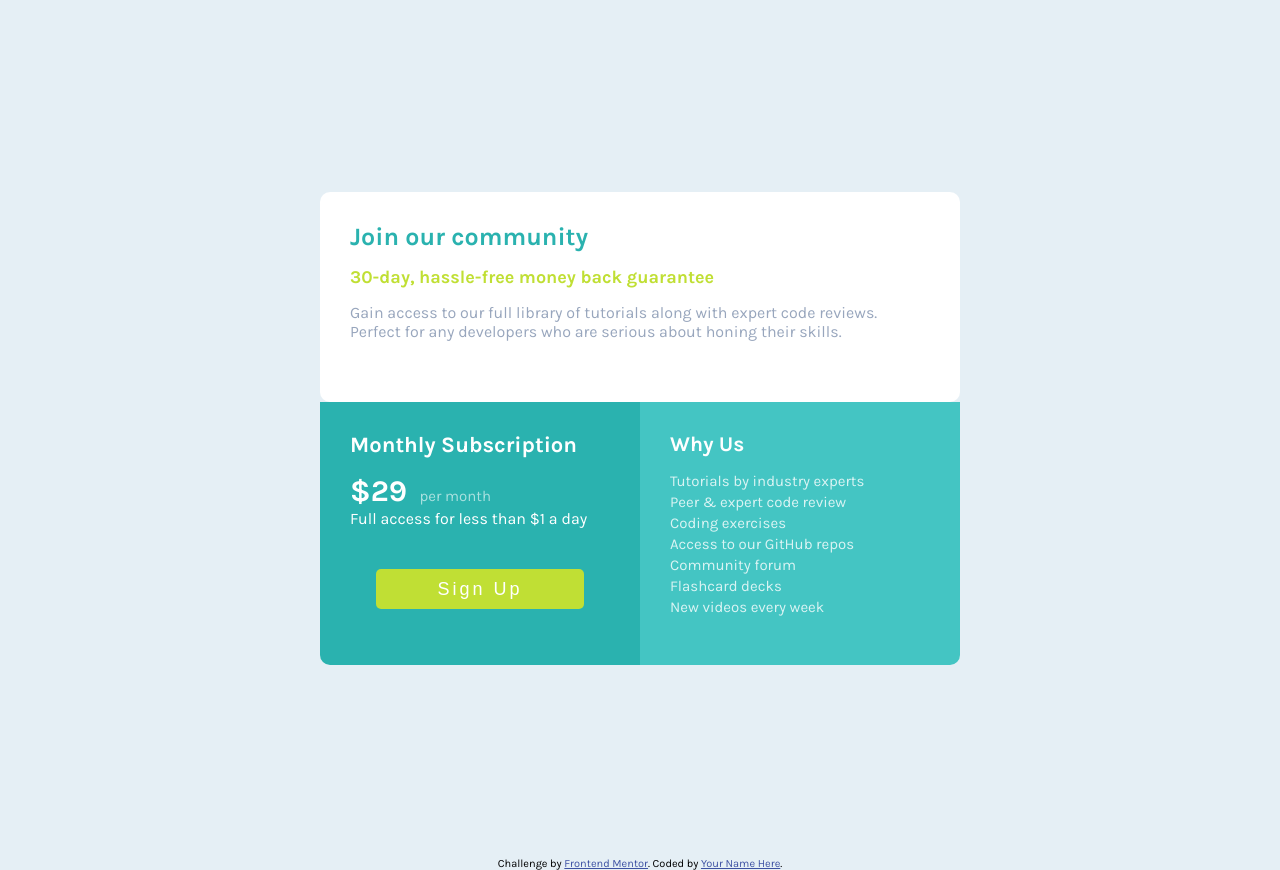
Repository: Pedrohamoura-Git/Frontend-Mentor-Challenges
Page: Newbie/single-price-grid-component-master/index.html
These files come from the project's save history. The page is drawn as it stood at one moment and after the next save; the edit follows.
The browser window is 1280 px wide. The pictures show the whole page.

Above is the page before, as saved 2021-05-31 16:00:49.

### Newbie/single-price-grid-component-master/index.html
<!DOCTYPE html>
<html lang="en">
<head>
  <meta charset="UTF-8">
  <meta name="viewport" content="width=device-width, initial-scale=1.0"> <!-- displays site properly based on user's device -->

  <link rel="stylesheet" href="css/style.css">
  <title>Frontend Mentor | Single Price Grid Component</title>

  <!-- Feel free to remove these styles or customise in your own stylesheet 👍 -->
  <style>
    .attribution { font-size: 11px; text-align: center; }
    .attribution a { color: hsl(228, 45%, 44%); }
  </style>
</head>
<body>
  <div id="wrapper">
    <header id="card1">
      <h1>Join our community</h1>
      <h2>30-day, hassle-free money back guarantee</h2>
      <p>Gain access to our full library of tutorials along with expert code reviews. Perfect for any developers who are serious about honing their skills.</p>
    </header>

    <div id="columns">
      <div id="card2">
        <h2>Monthly Subscription</h2>
        <h3 class="price">&dollar;29</h3>
        <span>per month</span>
        <p>Full access for less than &dollar;1 a day</p>

        <form action="#">
          <input type="submit" value="Sign Up" name="Sign Up" id="signup">
          </input>
        </form>
      </div>

      <div id="card3">
        <h2>Why Us</h2>
        <p>Tutorials by industry experts<br>
          Peer &amp; expert code review<br>
          Coding exercises<br>
          Access to our GitHub repos<br>
          Community forum<br>
          Flashcard decks<br>
          New videos every week</p>
      </div>
    </div>

  </div>








  <footer>
    <p class="attribution">
      Challenge by <a href="https://www.frontendmentor.io?ref=challenge" target="_blank">Frontend Mentor</a>.
      Coded by <a href="#">Your Name Here</a>.
    </p>
  </footer>
</body>
</html>

### Newbie/single-price-grid-component-master/css/style.css
/*
** Core Formatting
*/
    @import url('https://fonts.googleapis.com/css2?family=Karla:wght@400;700&display=swap');

    * {
        padding: 0;
        margin: 0;
        box-sizing: border-box;
    }

    html {
        font-size: 62.5%;
    }

    body {
        background-color: hsl(204, 43%, 93%);
        font-family: Karla;
    }


/*
** Mobile - Wrapper
*/
    #wrapper {
        border-radius: 1rem;
        box-shadow: 10px 10px 21px rgba(0, 0, 0, .);
        display: grid;
        grid-template-rows: repeat(auto-fit, minmax(200px, 1fr));
        margin: 15% auto;
        width: 90%;

        /* border: 1px solid red; */
    }

    #card1, #card2, #card3 {
        padding: 1.5rem;
        min-height: 210px;
    }

    /*
    ** Card 1
    */
        #card1 {
            background-color: white;
            border-radius: 1rem;
        }

        #card1 h1 {
            color: hsl(179, 62%, 43%);
            font-size: 2.5rem;
            margin-bottom: 1.5rem;
        }

        #card1 h2 {
            color: hsl(71, 73%, 54%);
            font-size: 1.8rem;
            margin-bottom: 1.5rem;
        }

        #card1 p {
            margin-bottom: 1.5rem;
            color: hsl(218, 22%, 67%);
            font-size: 1.6rem;
            margin-bottom: 1.5rem;
        }



    /*
    ** Card 2
    */
        #card2 {
            color: white;
            background-color: hsl(179, 62%, 43%);
        }

        #card2 h2 {
            font-size: 2.2rem;
            margin-bottom: 1.5rem;
        }

        #card2 h3.price {
            display: inline;
            font-size: 3rem;
            font-weight: 700;
            margin-bottom: 1.5rem;
        }

        #card2 span {
            font-size: 1.5rem;
            margin-left: 1rem;
            margin-bottom: 1rem;
            opacity: 60%;
        }

        #card2 p {
            font-size: 1.6rem;
            margin-bottom: 1.5rem;
        }

        #card2 form input {
            background-color: hsl(71, 73%, 54%);
            border: none;
            border-radius: .5rem;
            color: white;
            font-size: 1.8rem;
            letter-spacing: .3rem;
            margin: 10%;
            width: 80%;
            height: 4rem;

        }

        #card2 input:hover, input:active {
            background-color: hsl(71, 93%, 62%);
            color: hsl(179, 62%, 43%);
        }





        #card3 {
            background-color: hsl(179, 53%, 52%);
            border-bottom-left-radius: 1rem;
            border-bottom-right-radius: 1rem;
            color: white;
        }

        #card3 h2 {
            font-size: 2.1rem;
            margin-bottom: 1.5rem;
        }

        #card3 p {
            font-size: 1.5rem;
            line-height: 2.1rem;
            opacity: 80%;
        }


    /*
    ** Tablets & Desktops
    */
        @media (min-width: 600px) {
            #wrapper {
                display: block;
                max-width: 640px;

                /* border: 1px solid red; */
            }

            #columns {
                display: grid;
                grid-template-columns: repeat(auto-fit, minmax(50%, 1fr));
            }

            #card1 {
                padding: 3rem;
            }

            #card2 {
                border-bottom-left-radius: 1rem;
                padding: 3rem;

            }

            #card3 {
                border-bottom-left-radius: 0;
                padding: 3rem;
            }

        }

After the next save:
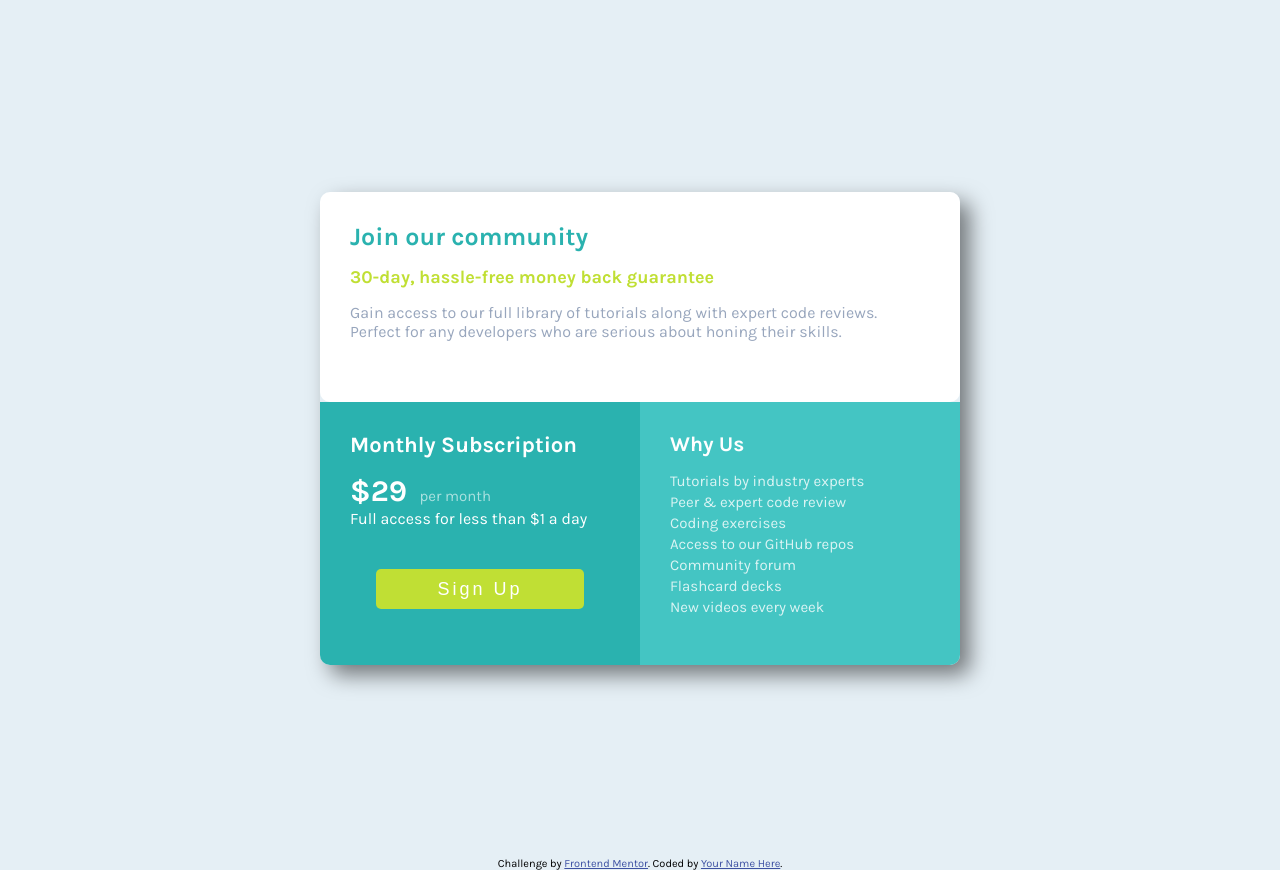
Saved 1 s later.
--- a/Newbie/single-price-grid-component-master/css/style.css
+++ b/Newbie/single-price-grid-component-master/css/style.css
@@ -24,7 +24,7 @@
 */
     #wrapper {
         border-radius: 1rem;
-        box-shadow: 10px 10px 21px rgba(0, 0, 0, .);
+        box-shadow: 10px 10px 21px rgba(0, 0, 0, .5);
         display: grid;
         grid-template-rows: repeat(auto-fit, minmax(200px, 1fr));
         margin: 15% auto;

After the save that followed:
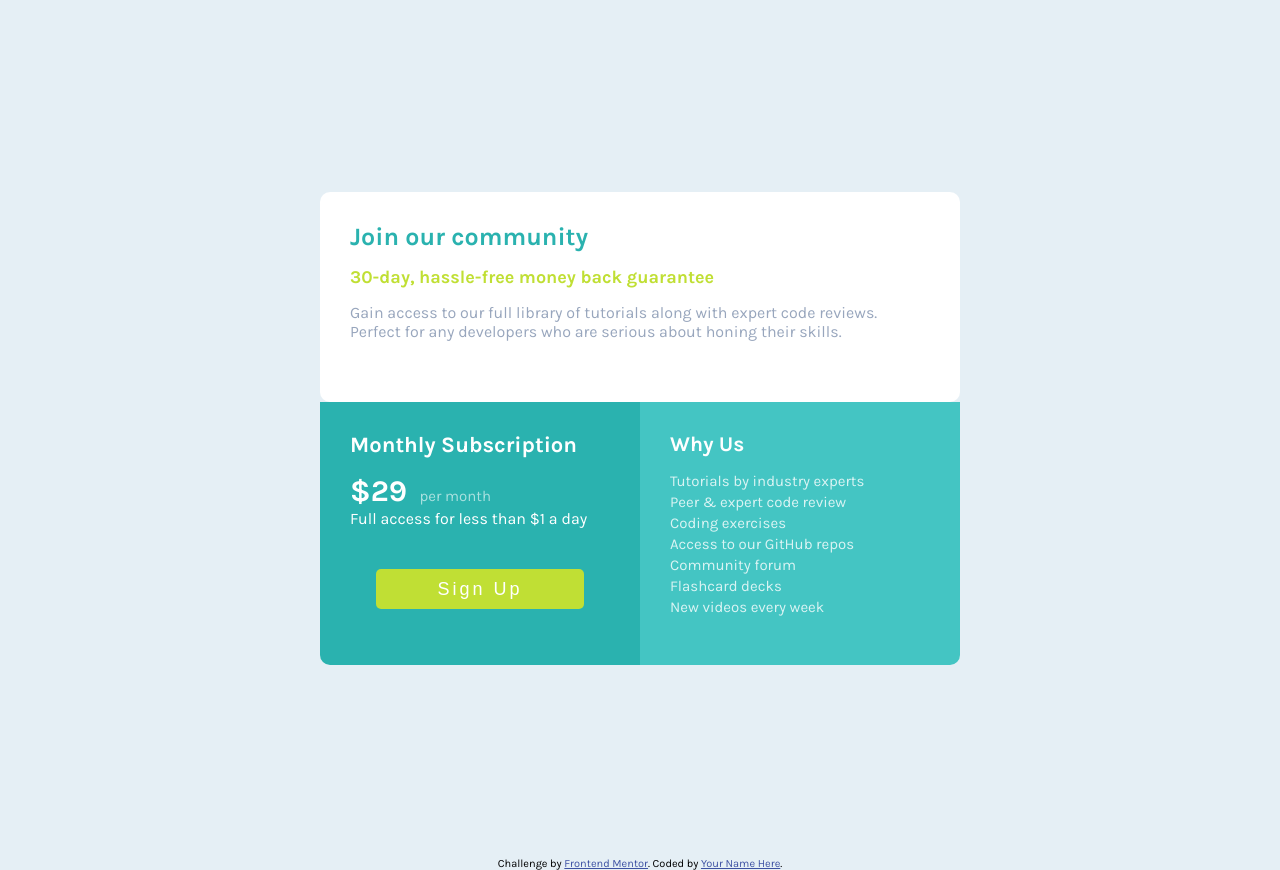
Saved 8 s later.
--- a/Newbie/single-price-grid-component-master/css/style.css
+++ b/Newbie/single-price-grid-component-master/css/style.css
@@ -24,7 +24,7 @@
 */
     #wrapper {
         border-radius: 1rem;
-        box-shadow: 10px 10px 21px rgba(0, 0, 0, .5);
+        box-shadow: px 10px 21px rgba(0, 0, 0, .5);
         display: grid;
         grid-template-rows: repeat(auto-fit, minmax(200px, 1fr));
         margin: 15% auto;
